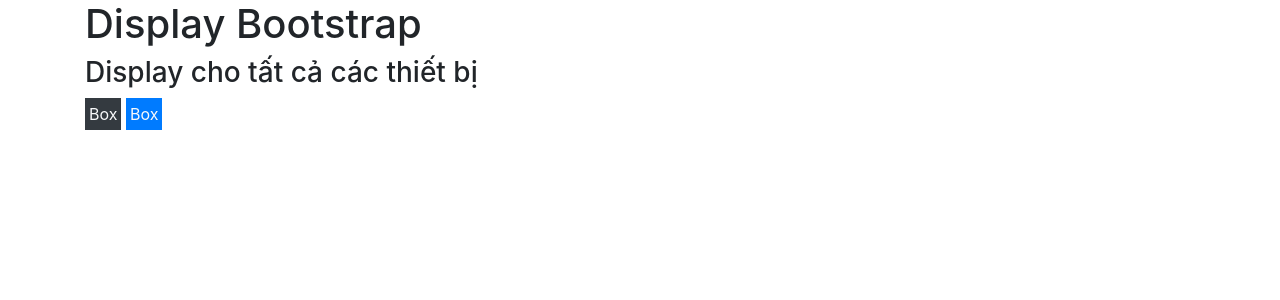
Repository: anhtu2110/front_end
Page: lesson/bootstrap/box/4.4-display.html
These files come from the project's save history. The page is drawn as it stood at one moment and after the next save; the edit follows.
The browser window is 1280 px wide. The pictures show the whole page.

Above is the page before, as saved 2022-12-02 08:37:01.

### lesson/bootstrap/box/4.4-display.html
<!DOCTYPE html>
<html lang="en">
  <head>
    <meta charset="UTF-8" />
    <meta http-equiv="X-UA-Compatible" content="IE=edge" />
    <meta name="viewport" content="width=device-width, initial-scale=1.0" />
    <link rel="stylesheet" href="./bootstrap/css/bootstrap.min.css" />
    <title>Display bootstrap</title>
  </head>
  <body>
    <div class="container">
      <div class="row">
        <div class="col-md-12">
          <h1>Display Bootstrap</h1>
          <h3>Display cho tất cả các thiết bị</h3>
          <div class="box bg-dark d-sm-inline-block p-1 text-light">Box</div>
          <div class="box bg-primary d-sm-inline-block p-1 text-light">Box</div>
        </div>
      </div>
    </div>
    <script src="js/jquery-3.6.1.min.js"></script>
    <script src="js/popper.min.js"></script>
    <script src="./bootstrap/js/bootstrap.min.js"></script>
  </body>
</html>

Loaded but not shown: lesson/bootstrap/box/bootstrap/css/bootstrap.min.css (library); lesson/bootstrap/box/js/jquery-3.6.1.min.js (library); lesson/bootstrap/box/js/popper.min.js (library); lesson/bootstrap/box/bootstrap/js/bootstrap.min.js (library)

After the next save:
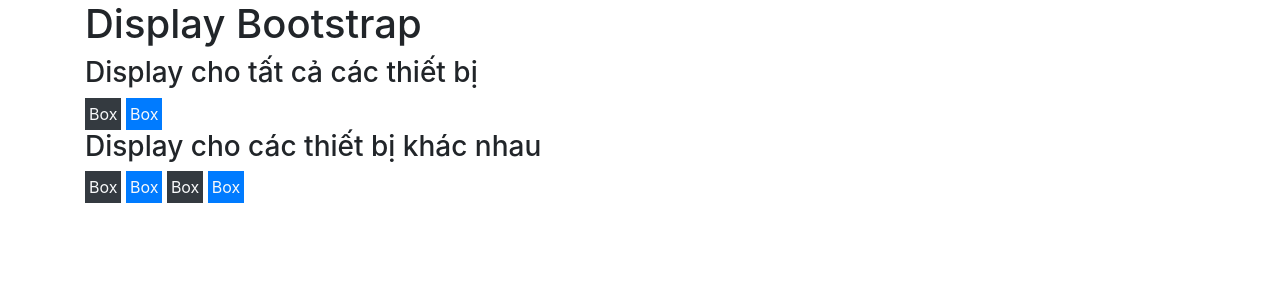
Saved 45 s later.
--- a/lesson/bootstrap/box/4.4-display.html
+++ b/lesson/bootstrap/box/4.4-display.html
@@ -15,6 +15,11 @@
           <h3>Display cho tất cả các thiết bị</h3>
           <div class="box bg-dark d-sm-inline-block p-1 text-light">Box</div>
           <div class="box bg-primary d-sm-inline-block p-1 text-light">Box</div>
+          <h3>Display cho các thiết bị khác nhau</h3>
+          <div class="box bg-dark d-sm-inline-block p-1 text-light">Box</div>
+          <div class="box bg-primary d-sm-inline-block p-1 text-light">Box</div>
+          <div class="box bg-dark d-sm-inline-block p-1 text-light">Box</div>
+          <div class="box bg-primary d-sm-inline-block p-1 text-light">Box</div>
         </div>
       </div>
     </div>
